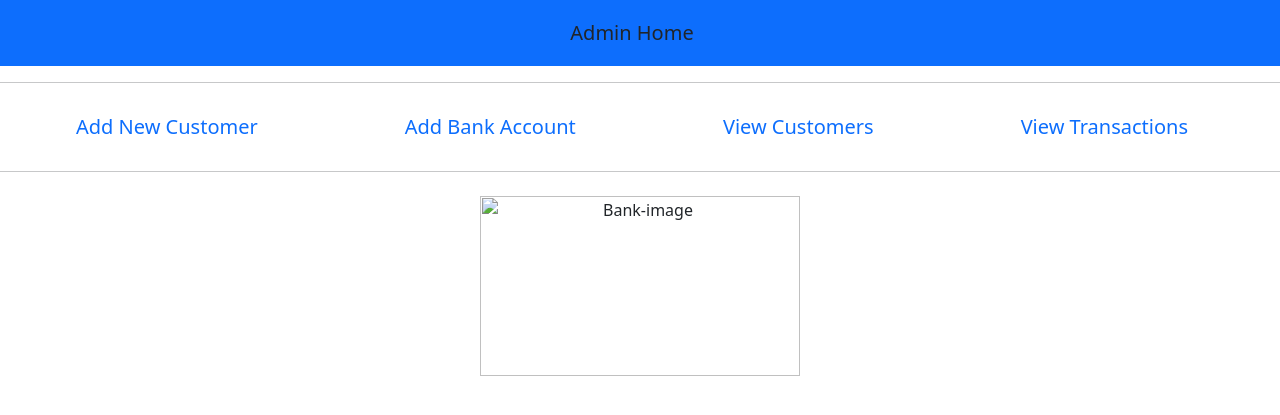
Repository: RMVLajaykumar/monojavaee
Page: http://localhost/13-bankapplication-demo/admin.jsp
An editor plug-in stored every save of this project. The page is shown before and after the next save, followed by the edit.
The browser window is 1280 px wide. The pictures show the whole page.
The page is served by Tomcat 9. Nobody is signed in. The application's start-up code is not run.

Above is the page before, as saved 2024-07-19 17:48:35.
Not found: 13-bankapplication-demo/13-bankapplication-demo/includes/bank.jpeg

After the next save:
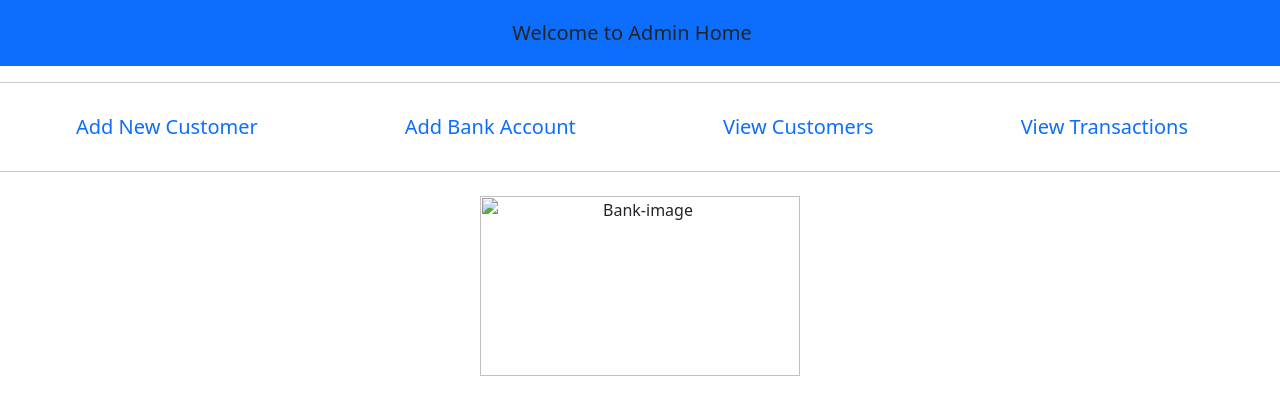
Saved 44 s later.
--- a/13-bankapplication-demo/WebContent/admin.jsp
+++ b/13-bankapplication-demo/WebContent/admin.jsp
@@ -17,7 +17,7 @@
   <nav class="navbar bg-primary">
     <div
       class="container-fluid d-flex justify-content-center align-items-center">
-      <h1 class="navbar-brand my-2">Admin Home</h1>
+      <h1 class="navbar-brand my-2">Welcome to Admin Home</h1>
     </div>
   </nav>
 
@@ -35,7 +35,7 @@
 
   <div class="text-center mt-4">
     <img
-      src="./includes/bank.jpeg"
+      src=""
       class="rounded img-fluid" alt="Bank-image" width="50%" />
   </div>
 
